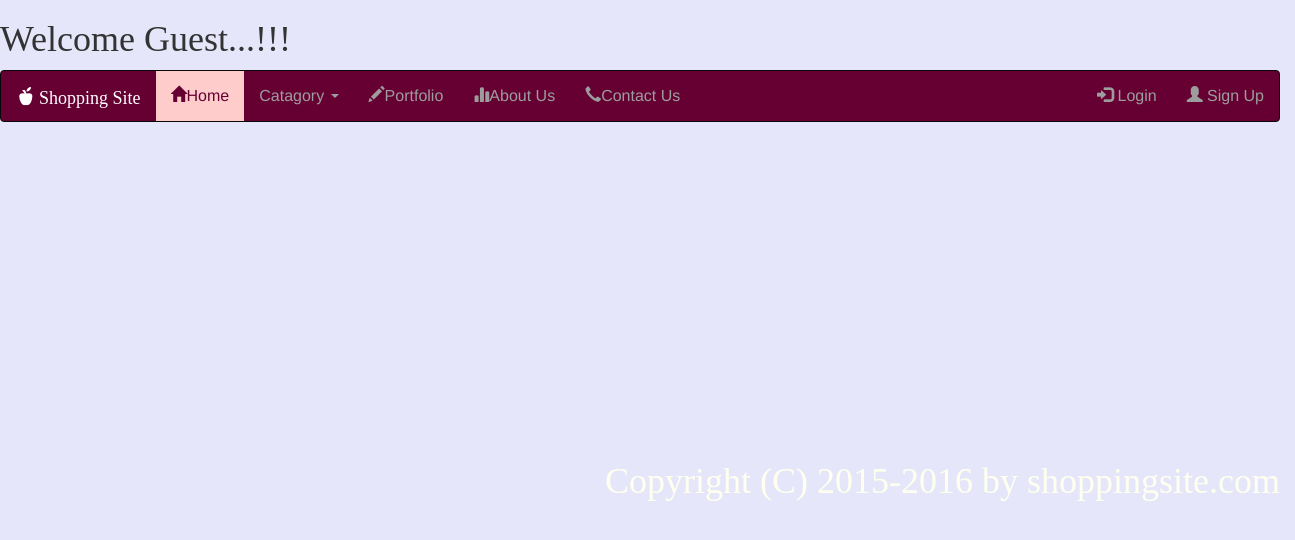
Repository: priyasuthakar/priya
Page: http://localhost/Apple/WEB-INF/views/productinfo.jsp
The author's editor kept a copy of each file at every save. The page is drawn from the files as they stood at one save, then again after the next save.
The browser window is 1280 px wide. The page is 1295 px wide, so the pictures cover 1295 px, including what lies to the right of the window. The pictures show the whole page.
Some web libraries are served in a nearby version. The page is served by Tomcat 9. Nobody is signed in. Other server files are loaded and not shown. The template is opened directly, without the code that normally fills it, so the values that code supplies are empty.

Above is the page before, as saved 2016-08-25 18:43:47.

### Apple/src/main/webapp/WEB-INF/views/productinfo.jsp
<%@ page language="java" contentType="text/html; charset=ISO-8859-1"
	pageEncoding="ISO-8859-1"%>
<%@ taglib uri="http://java.sun.com/jsp/jstl/core" prefix="c"%>
<%@ taglib uri="http://www.springframework.org/tags" prefix="spring"%>
<%@ taglib uri="http://www.springframework.org/tags/form" prefix="form"%>

<%@page isELIgnored="false"%>
<%@include file="/WEB-INF/views/Header.jsp"%>

<!DOCTYPE html PUBLIC "-//W3C//DTD HTML 4.01 Transitional//EN" "http://www.w3.org/TR/html4/loose.dtd">
<html>
<head>
<meta http-equiv="Content-Type" content="text/html; charset=ISO-8859-1">
<meta name="viewport" content="width=device-width, initial-scale=1">
<title>My Shopping</title>
<!-- Latest compiled and minified CSS -->
<link rel="stylesheet"
	href="http://maxcdn.bootstrapcdn.com/bootstrap/3.3.6/css/bootstrap.min.css">

<!-- jQuery library -->
<script
	src="https://ajax.googleapis.com/ajax/libs/jquery/1.12.4/jquery.min.js"></script>

<!--Angularjs library -->
<script
	src="https://ajax.googleapis.com/ajax/libs/angularjs/1.5.7/angular.min.js"></script>

<!-- Latest compiled JavaScript -->
<script
	src="http://maxcdn.bootstrapcdn.com/bootstrap/3.3.6/js/bootstrap.min.js"></script>
<style>
.navbar {
	background-color: #660033;
	font-size: 16px !important;
}

.navbar .navbar-brand {
	color: #FFFFFF !important;
}

.navbar .li a {
	color: #FFF !important;
}

.navbar-nav li a:hover, .navbar-nav li.active a {
	color: #660033 !important;
	background-color: #FFCCCC !important;
}

.navbar-default .navbar-toggle {
	border-color: transparent;
	color: #FFCCCC !important;
}

footer .glyphicon {
	font-size: 24px;
	margin-bottom: 20px;
	color: #660033;
}

table {
	border-collapse: collapse;
}

table, tr, th, td {
	border: 2px solid black;
}

table {
	padding-left: 50%
}
</style>
</head>
<body id="myPage" data-spy="scroll" data-target=".navbar"
	data-offset="60" style="background-color: #E6E6FA">
	<div class="container">
		<c:forEach items="${productinfo}" var="product">
			<div class="col-sm-6">
			<br>
			<br>
			<br>
			<br>
			<br>
				<div class="item">
					<img src="resource/images/${product.id}.jpg" width=300; height=300;
						class="img-responsive">
				</div>
			</div>
			<div class="col-sm-6">
			<br>
			<br>
				<br> <br> <b>ID &nbsp&nbsp&nbsp&nbsp&nbsp&nbsp&nbsp&nbsp&nbsp&nbsp&nbsp&nbsp&nbsp&nbsp&nbsp&nbsp&nbsp&nbsp&nbsp:&nbsp&nbsp&nbsp</b> ${product.id}
				<br> <br> <b>NAME &nbsp&nbsp&nbsp&nbsp&nbsp&nbsp&nbsp&nbsp&nbsp&nbsp&nbsp&nbsp:&nbsp&nbsp&nbsp</b> ${product.name}
				<br> <br> <b>COLOR &nbsp&nbsp&nbsp&nbsp&nbsp&nbsp&nbsp&nbsp&nbsp&nbsp:&nbsp&nbsp&nbsp</b> ${product.color}
				<br> <br> <b>PRICE &nbsp&nbsp&nbsp&nbsp&nbsp&nbsp&nbsp&nbsp&nbsp&nbsp&nbsp&nbsp:&nbsp&nbsp&nbsp</b> ${product.price}
				<br> <br> <b>DISCRIPTION :&nbsp&nbsp&nbsp</b> ${product.discription}
				<br> <br><button type="#" class="btn btn-primary">BUY NOW</button>
				<button type="#" class="btn btn-primary">ADD TO CART</button>
			</div>
		</c:forEach>
		</div>
		<br>
		<br>
		<br>
		<br>
		<br>
		<br>
		<br>
		<br>
		<br>
		<br>
		<br>
		<br>
		<br>
		<br>
		<br>
		<%@include file="Footer.jsp"%>
</body>
</html>

### Apple/src/main/webapp/WEB-INF/views/Header.jsp
<%@ page language="java" contentType="text/html; charset=ISO-8859-1"
	pageEncoding="ISO-8859-1"%>
<%@ taglib uri="http://java.sun.com/jsp/jstl/core" prefix="c"%>
<!DOCTYPE html PUBLIC "-//W3C//DTD HTML 4.01 Transitional//EN" "http://www.w3.org/TR/html4/loose.dtd">
<html>
<head>
<meta http-equiv="Content-Type" content="text/html; charset=ISO-8859-1">
</head>
<body>
	<c:choose>
		<c:when test="${empty loggedInUser}">
			<font face="Harlow Solid Italic"><h1>Welcome Guest...!!!</h1></font>
		</c:when>
		<c:when test="${not empty loggedInUser}">
			<font face="Harlow Solid Italic"><h1>${loggedInUser}</h1></font>
		</c:when>
	</c:choose>
	<div class="responsive">
		<nav class="navbar navbar-inverse">
		<div class="container-fluid">
			<div class="navbar-header">
				<a class="navbar-brand"> <span class="glyphicon glyphicon-apple"></span>
					<font face="Script MT Bold"> Shopping Site </font>
				</a>
			</div>
			<ul class="nav navbar-nav">
				<li class="active"><a href="Home"><span
						class="glyphicon glyphicon-home"></span>Home</a></li>
				<li class="dropdown"><a class="dropdown-toggle"
					data-toggle="dropdown" href="#"> Catagory <span class="caret"></span></a>
					<ul class="dropdown-menu">
						<li><a href="product1?catname=Desktop">Desktop</a></li>
						<li><a href="product1?catname=Laptop">Laptop</a></li>
						<li><a href="product1?catname=Iphone">Iphone</a></li>
						<li><a href="product1?catname=Ipad">Ipad</a></li>
						<li><a href="product1?catname=Ipod">Ipod</a></li>
						<li><a href="product1?catname=Accessories">Accessories</a></li>
					</ul></li>
				<li><a href="portfolio"><span
						class="glyphicon glyphicon-pencil"></span>Portfolio</a></li>
				<li><a href="about"><span class="glyphicon glyphicon-stats"></span>About
						Us</a></li>
				<li><a href="contactus"><span
						class="glyphicon glyphicon-earphone"></span>Contact Us</a></li>
			</ul>
			<ul class="nav navbar-nav navbar-right">
					<c:choose>
					<c:when test="${empty loggedInUser}">
						<li><a href="login"><span
								class="glyphicon glyphicon-log-in"></span> Login</a></li>
						<li><a href="reg"><span class="glyphicon glyphicon-user"></span>
								Sign Up</a></li>
					</c:when>
					<c:when test="${not empty loggedInUser}">
					<li><a href="viewcart"><span
							class="glyphicon glyphicon-shopping-cart"></span>Cart</a></li>
						<li><a href="logout"><span
								class="glyphicon glyphicon-user"></span> Logout</a></li>
					</c:when>
				</c:choose>
			</ul>
		</div>
		</nav>
	</div>
</body>
</html>

### Apple/src/main/webapp/WEB-INF/views/Footer.jsp
<%@ page language="java" contentType="text/html; charset=ISO-8859-1"
    pageEncoding="ISO-8859-1"%>
<!DOCTYPE html PUBLIC "-//W3C//DTD HTML 4.01 Transitional//EN" "http://www.w3.org/TR/html4/loose.dtd">
<html>
<head>
<meta http-equiv="Content-Type" content="text/html; charset=ISO-8859-1">
<title>footer</title>
</head>
<body>
<nav>
<ul class="nav navbar-nav navbar-right">
<footer class="container-fluid bg-4 text-center">
  <font face="Harlow Solid Italic" color="#FFFFF"><h1>Copyright (C) 2015-2016 by shoppingsite.com </h1></font>
</footer>
</ul>
</nav>
</body>
</html>

After the next save:
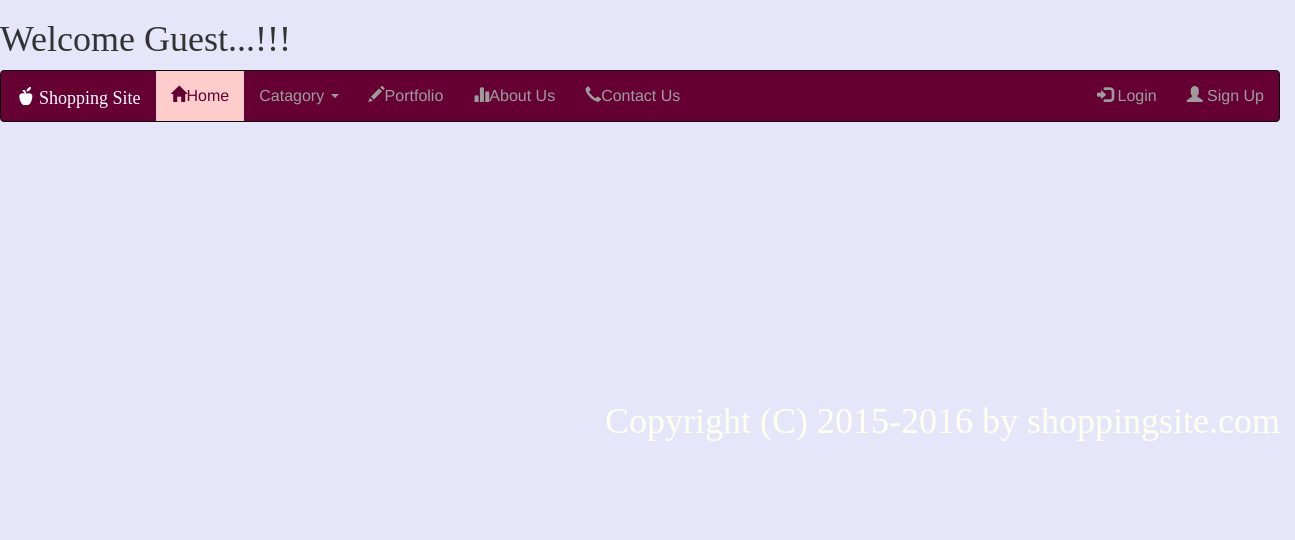
Saved 31 s later.
--- a/Apple/src/main/webapp/WEB-INF/views/productinfo.jsp
+++ b/Apple/src/main/webapp/WEB-INF/views/productinfo.jsp
@@ -94,6 +94,8 @@ table {
 				<br> <br> <b>COLOR &nbsp&nbsp&nbsp&nbsp&nbsp&nbsp&nbsp&nbsp&nbsp&nbsp:&nbsp&nbsp&nbsp</b> ${product.color}
 				<br> <br> <b>PRICE &nbsp&nbsp&nbsp&nbsp&nbsp&nbsp&nbsp&nbsp&nbsp&nbsp&nbsp&nbsp:&nbsp&nbsp&nbsp</b> ${product.price}
 				<br> <br> <b>DISCRIPTION :&nbsp&nbsp&nbsp</b> ${product.discription}
+				<br>
+				<br>
 				<br> <br><button type="#" class="btn btn-primary">BUY NOW</button>
 				<button type="#" class="btn btn-primary">ADD TO CART</button>
 			</div>
@@ -111,9 +113,6 @@ table {
 		<br>
 		<br>
 		<br>
-		<br>
-		<br>
-		<br>
 		<%@include file="Footer.jsp"%>
 </body>
 </html>
